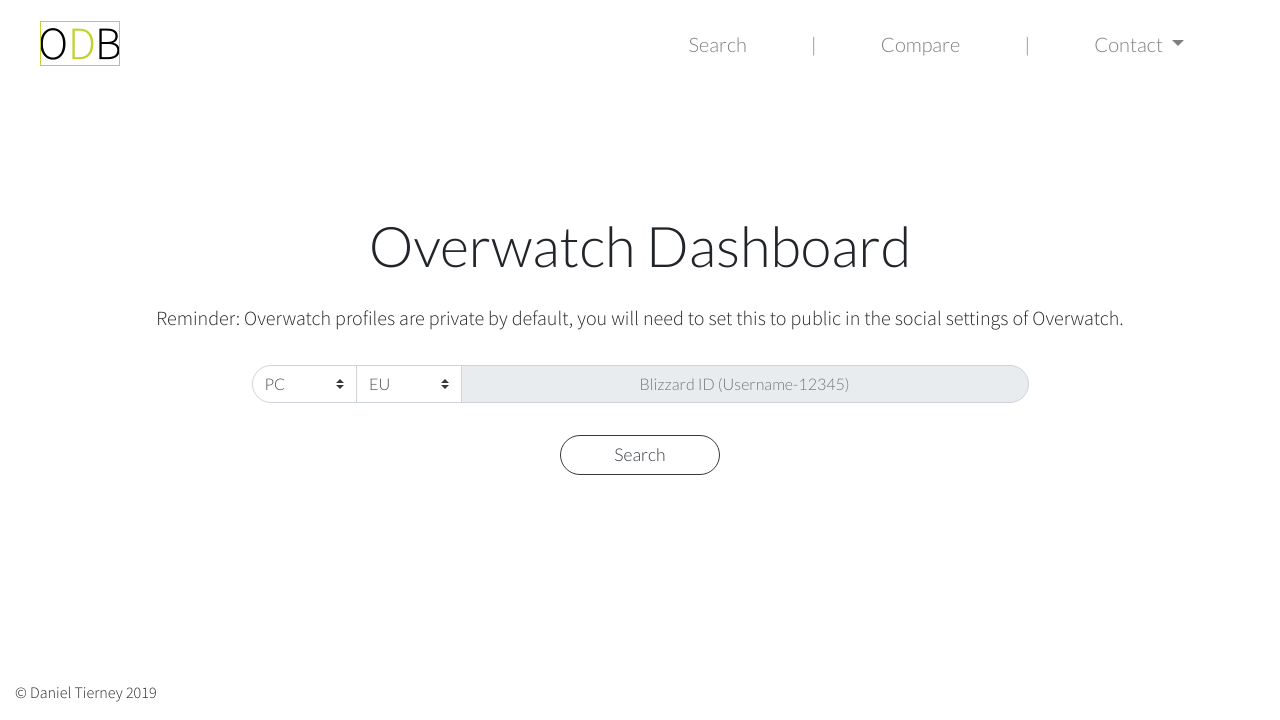
Repository: Cobonkoi/overwatch-dashboard
Page: index.html
The author's editor kept a record of every edit. The page is drawn from the files as they stood at one moment, then again after the next edit.
The browser window is 1280 px wide. The pictures show the whole page.

Above is the page before.

After the next edit:
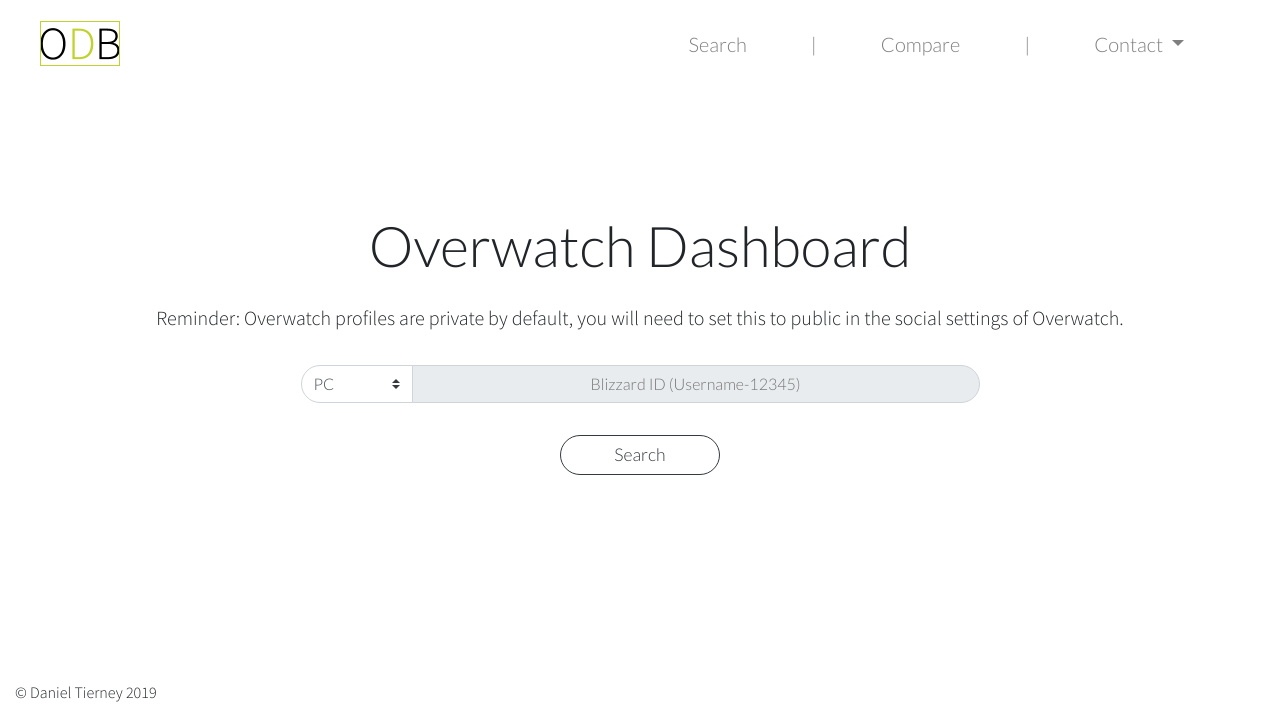
The edit:
--- a/index.html
+++ b/index.html
@@ -70,12 +70,12 @@
                             <option value="psn">PS4</option>
                             <option value="xbl">Xbox</option>
                         </select>
-                        <select class="custom-select" id="searchFormRegion" name="searchFormRegion">
+                        <!--<select class="custom-select" id="searchFormRegion" name="searchFormRegion">
                             <option disabled>Region...</option>
                             <option value="eu">EU</option>
                             <option value="us">US</option>
                             <option value="asia">Asia</option>
-                        </select>
+                        </select>-->
                         <div class="input-group-append">
                             <input type="text" class="input-group-text rounded-right" id="searchFormUsername" name="searchFormUsername" placeholder="Blizzard ID (Username-12345)" size="65" required>
                         </div>
